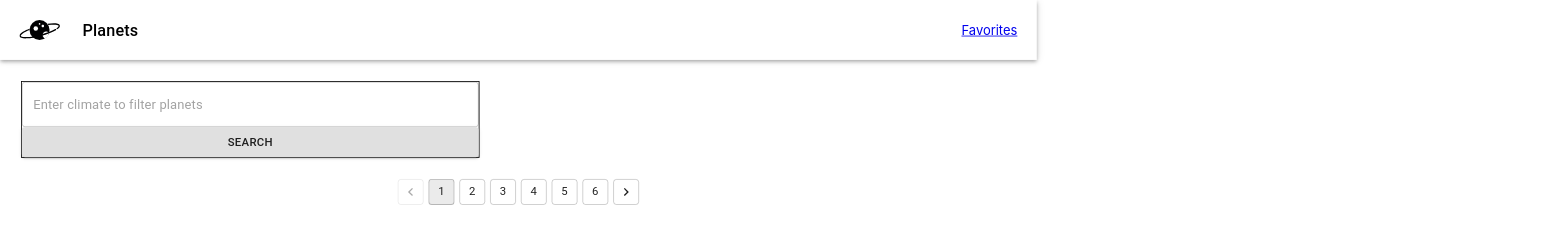
Repository: samridhie01/assignment
Page: /
These files come from the project's save history. The page is drawn as it stood at one moment and after the next save; the edit follows.
The browser window is 1280 px wide. The page is 5020 px wide, then 1280 px, so the pictures cover 1920 px, including what lies to the right of the window. The pictures show the whole page, at 81% of full size.
The page's requests for data from a server got no answer. The project was rebuilt for these pictures with package versions that can differ from the ones it lists, and the page was loaded fresh each time. A package was used in the major version that the imports need, not the one package.json lists. No one was signed in, and anything a server would have sent is missing. Also part of the build but not shown: src/components/planets/PlanetTile.tsx, src/components/planets/Planets.tsx, src/components/details/SpecificPlanetRetrievalService.ts, src/components/details/Details.tsx, src/components/favorites/Favorites.tsx.

Above is the page before, as saved 2020-08-21 18:34:19.

### src/index.tsx
import React from 'react';
import ReactDOM from 'react-dom';
import './index.css';
import App from './components/app/App';
import * as serviceWorker from './serviceWorker';
import { BrowserRouter } from 'react-router-dom';
import { Provider } from 'react-redux';
import rootReducer from './reducers';
import { createStore } from 'redux';
import store from "../src/store/index"
import { addPlanetData } from './actions';



ReactDOM.render(
  <React.StrictMode>

    <BrowserRouter>
    <Provider store={store}>
    <App />
    </Provider>
    </BrowserRouter>

  </React.StrictMode>,
  document.getElementById('root')
);

// If you want your app to work offline and load faster, you can change
// unregister() to register() below. Note this comes with some pitfalls.
// Learn more about service workers: https://bit.ly/CRA-PWA
serviceWorker.unregister();

### src/components/app/App.tsx
import React, { useEffect, useState } from "react";
import { Route, Switch } from "react-router-dom";
import HomePage from "../homePage/HomePage";
import Details from "../details/Details";
import Favorites from "../favorites/Favorites";
import { PlanetData } from "../module/types";

const App = () => {
  const [favs, setFavs] = useState<PlanetData[]>([]);

  const addToFavs = (data: any) => {
    if(favs.includes(data)){
      return;
    }
      let newArr = [...favs, data];
      setFavs(newArr);
  };

  return (
    <main>
      <Switch>
        <Route
          exact
          path="/"
          render={() => <HomePage handleAddToFavs={addToFavs} />}
        />
        <Route path="/details" component={Details} />
        <Route path="/favs" render={() => <Favorites listOfFavs={favs} />} />
      </Switch>
    </main>
  );
};
export default App;

### src/store/index.ts
import {createStore} from 'redux';
import rootReducer from '../reducers/index';

const store = createStore(rootReducer);

export default store;

### src/components/homePage/HomePage.tsx
import React, { useEffect, useState, ChangeEvent } from "react";
import { useStyles } from "./HomePageStyle";
import Header from "../header/Header";
import Planets from "../planets/Planets";
import SearchBox from "../searchBox/SearchBox";
import { getPlanetData, getPlanetDataPage } from "./PlanetRetrievalService";
import Pagination from "@material-ui/lab/Pagination";
import { PlanetData } from "../module/types";

interface PlanetOverview {
  handleAddToFavs: (element: any) => void;
}

const HomePage: React.FC<PlanetOverview> = ({ handleAddToFavs }) => {
  const [planetData, setPlanetData] = useState<PlanetData[]>([]);

  const handleNewPage = (page: number) => {
    getPlanetDataPage(page).then(res => {
      setPlanetData(res.data.results);
    });
  };

  const fetchData = () => {
    getPlanetData().then(res => {
      setPlanetData(res.data.results);
      localStorage.setItem("planetData", res.data.results);
    });
  };

  useEffect(() => {
    fetchData();
  }, []);

  const handlePageChange = (event: ChangeEvent<unknown>, value: number) => {
    handleNewPage(value);
  };

  const updatePlanetSearchResult = (key: string | null) => {

    if (key == "") {
      fetchData();
      return;
    }
    const newData = planetData.filter(data => {
      if (
        key == null ||
        data.climate.toLowerCase().includes(key.toLowerCase())
      ) {
        return data;
      }
    });
    setPlanetData(newData);
  };

  const classes = useStyles();
  if (localStorage.getItem("planetData") != null) {
  }

  return (
    <>
      <Header path="/favs" linkName={"Favorites"} />
      <div className={classes.flexContainer}>
        <div className={classes.stopShrink}>
        <SearchBox  handleSearch={updatePlanetSearchResult} />
        </div>
        <div className={classes.item}>
          {planetData &&
            planetData.map((element: PlanetData, index: number) => {
              return (
                <Planets
                  data={element}
                  onSaveClick={() => {
                    handleAddToFavs(element);
                  }}

                />
              );
            })}
        </div>
      </div>

      <Pagination
        count={6}
        defaultPage={1}
        variant="outlined"
        shape="rounded"
        className={classes.indexing}
        onChange={handlePageChange}
      />
    </>
  );
};
export default HomePage;

### src/reducers/index.ts
import { ADD_PLANETDATA } from '../constants/action-types';
import { PlanetActionTypes, Planet, PlanetState } from '../store/types';

const initialState: PlanetState = {
    planetData: []
};

function rootReducer(state=initialState, action:PlanetActionTypes):PlanetState{
    if(action.type == ADD_PLANETDATA){
        return{
            planetData: [...state.planetData, action.payload]
        }
    }
    return state;
}

export default rootReducer;

### src/components/homePage/HomePageStyle.ts
import { makeStyles, createStyles, Theme } from "@material-ui/core/styles";

export const useStyles = makeStyles((theme: Theme) =>
  createStyles({
    flexContainer: {
      display: "inline-flex",
      flex: "1 0 50%",
      textAlign: "center",
      padding: "10px",
      overflow: "hidden",
      width: 5000
    },
    item: {
      alignSelf: "flex-end",
    },
    stopShrink: {
      alignSelf: "flex-start"
    },
    indexing: {
      display: "flex",
      justifyContent: "center"
    },
    title: {
      flexGrow: 1
    }
  })
);

### src/components/header/Header.tsx
import React from "react";
import AppBar from "@material-ui/core/AppBar";
import {Toolbar, makeStyles, createStyles, IconButton, Button,Theme} from "@material-ui/core";
import {ReactComponent as PlanetIcon} from "../../assets/planet.svg";
import Typography from "@material-ui/core/Typography";
import { Link } from "react-router-dom";

const useStyles = makeStyles((theme: Theme) =>
  createStyles({
    root: {
      flexGrow: 1,
    },
    menuButton: {
      marginRight: theme.spacing(2),
    },
    title: {
      flexGrow: 1,
    },
    logo: {
       width: 50,
       height: 50
      },
  }),
);

interface HeaderProps{
  path: string,
  linkName: string
}

const Header:React.FC<HeaderProps> = ({
  path,
  linkName
})=>{
    const classes=useStyles();
return(
<AppBar color="inherit"  position="static">
    <Toolbar>
        <IconButton edge="start" className={classes.menuButton} color="inherit" aria-label="menu">
        <PlanetIcon className={classes.logo}/>
        </IconButton>
        <Typography variant="h6" className={classes.title}>
            Planets
        </Typography>
         <Link to={{pathname: `${path}`}} color="inherit">{linkName}</Link>
        {/* <Link to={{pathname: `${path}`}} color="inherit">{linkName}</Link> */}
    </Toolbar>
</AppBar>
)


}

export default Header;

### src/components/searchBox/SearchBox.tsx
import React, { useState, useEffect } from "react";
import {
  Button,
  Box,
  TextField,
  Theme,
  makeStyles,
  createStyles
} from "@material-ui/core";

const useStyles = makeStyles((theme: Theme) =>
  createStyles({
    dotted: {
      display: "flex",
      flexDirection: "column",
      width: "200%"
    }
  })
);

interface Search {
  handleSearch: (key: string|null) => void;
}

const SearchBox: React.FC<Search> = ({ handleSearch }) => {
  const [searchItem, setSearchItem] = useState<string|null>("");
  const handleSearchChange = (event: any) => {
    setSearchItem(event.target.value);

  };


  // useEffect(()=>{
  //   if(searchItem=="" && localStorage.getItem("searchKey")!=null){
  //     const newSearchItem=(localStorage.getItem("searchKey") || "");
  //     setSearchItem(newSearchItem);
  //   }
  // })

  const classes = useStyles();
  return (
    <>
      <Box
        height="250%"
        border={1}
        m={2}
        display="inline-block"
        className={classes.dotted}
      >
        <TextField
          variant="outlined"
          onChange={handleSearchChange}
          placeholder="Enter climate to filter planets"
        />
        <Button
          variant="contained"
          onClick={() => {
            handleSearch(searchItem);
          }}
        >
          Search
        </Button>
      </Box>
    </>
  );
};

export default SearchBox;

### src/components/homePage/PlanetRetrievalService.ts
import axios from "axios";

const currentVersion = "2";
let data = localStorage.getItem("data");
let version = localStorage.getItem("version");

export const getPlanetData = async () => {
  const res = await axios({
    method: "GET",
    url: `https://swapi.dev/api/planets`
  });
  return res;
};

export const getPlanetDataPage = async (page: number) => {
  const res = await axios({
    method: "GET",
    url: `http://swapi.dev/api/planets/?page=${page}`
  });
  return res;
};

### src/constants/action-types.ts
export const ADD_PLANETDATA="ADD_PLANETDATA"

Loaded but not shown: public/index.html (common file); src/index.css (common file); src/serviceWorker.ts (common file)

After the next save:
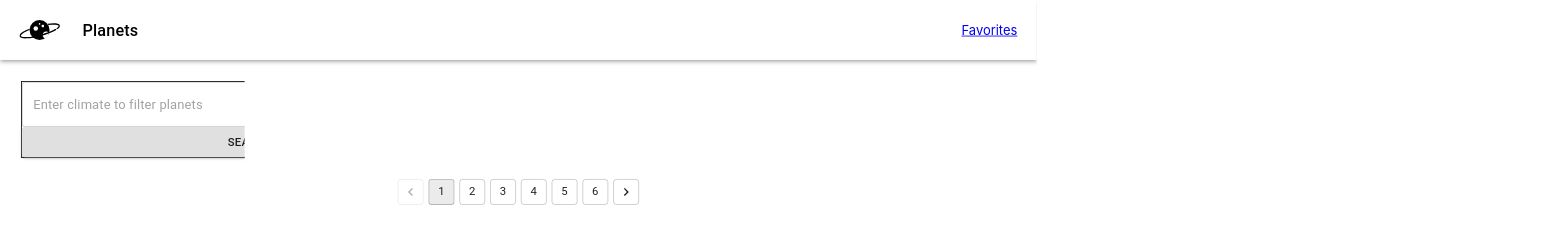
Saved 86 s later.
--- a/src/components/homePage/HomePageStyle.ts
+++ b/src/components/homePage/HomePageStyle.ts
@@ -7,8 +7,7 @@ export const useStyles = makeStyles((theme: Theme) =>
       flex: "1 0 50%",
       textAlign: "center",
       padding: "10px",
-      overflow: "hidden",
-      width: 5000
+      overflow: "hidden"
     },
     item: {
       alignSelf: "flex-end",
